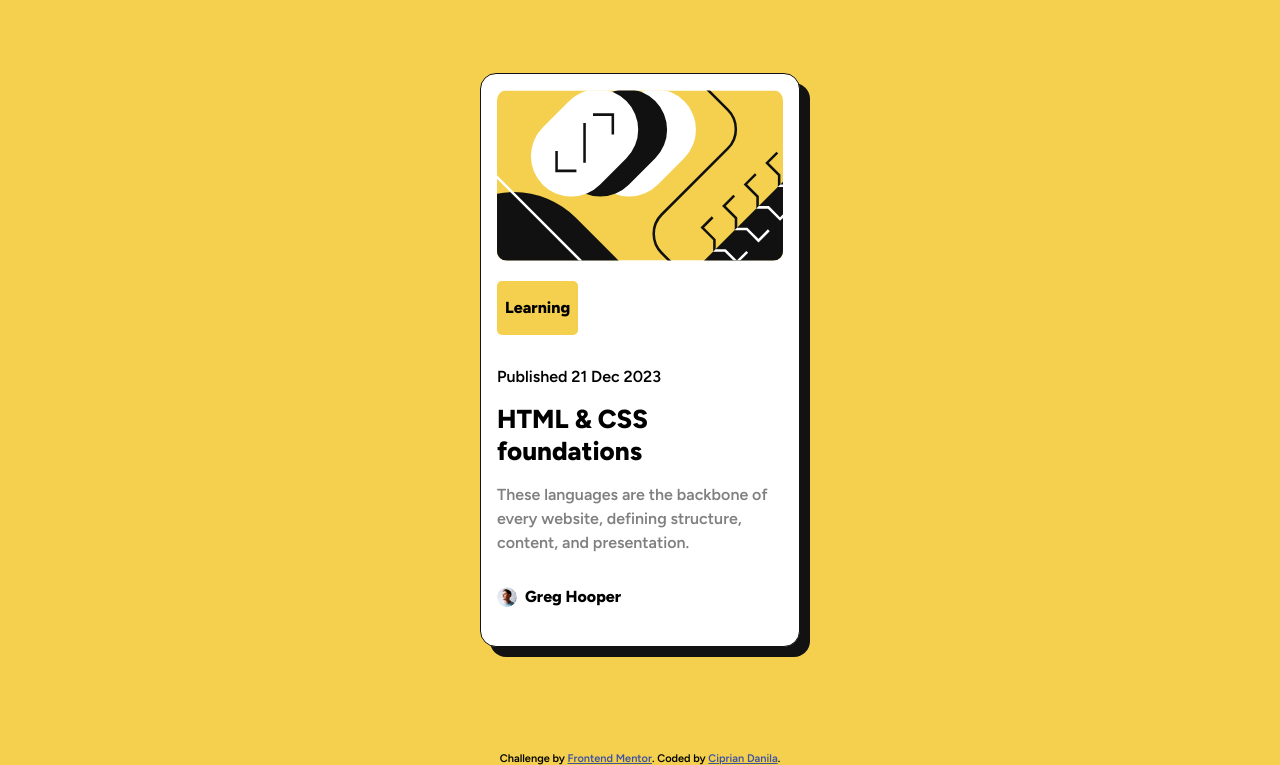
Repository: cipdanila/blog-preview-card
Page: index.html
The author's editor kept a copy of each file at every save. The page is drawn from the files as they stood at one save, then again after the next save.
The browser window is 1280 px wide. The pictures show the whole page.

Above is the page before, as saved 2024-01-28 14:25:23.

After the next save:
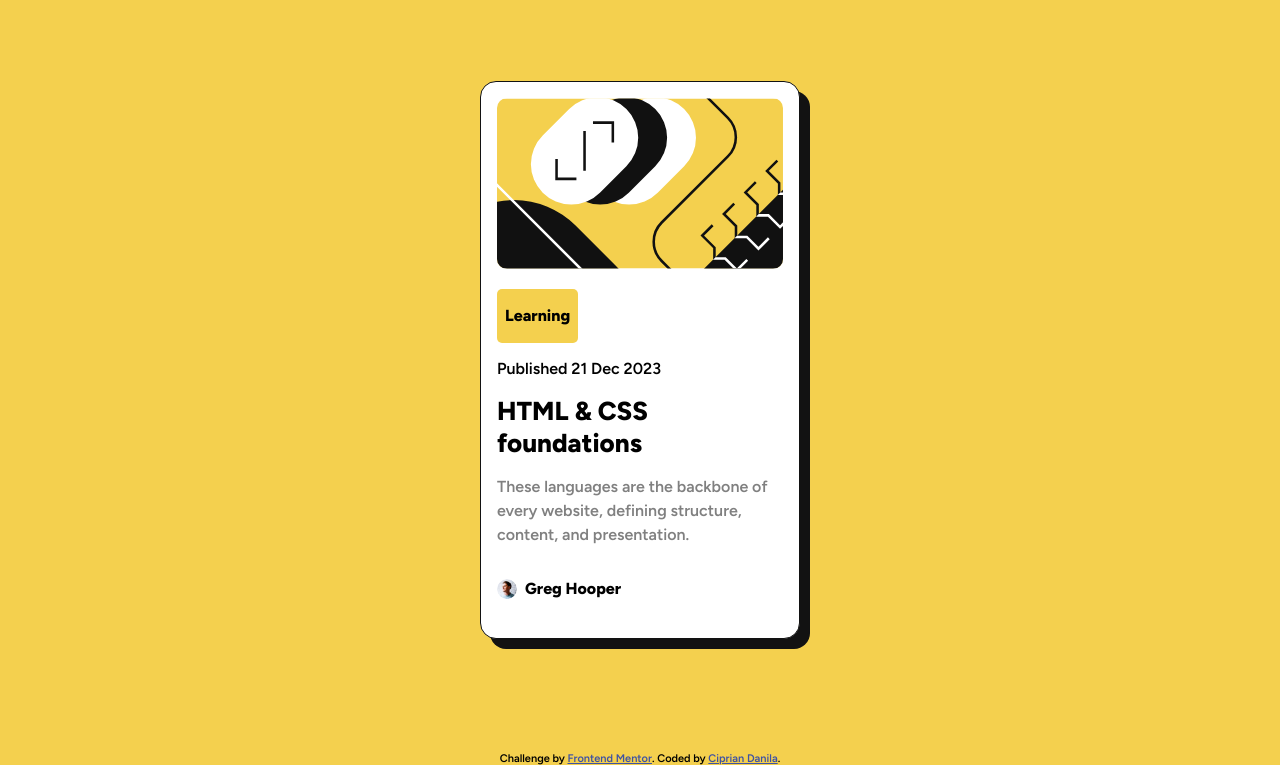
Saved 2 min 13 s later.
--- a/style.css
+++ b/style.css
@@ -59,7 +59,7 @@
 }
 
 .learning {
-    display: inline-block;
+    width: fit-content;
     background-color: var(--yellow);
     margin: 1rem 0;
     padding: 0.1rem 0.5rem;
